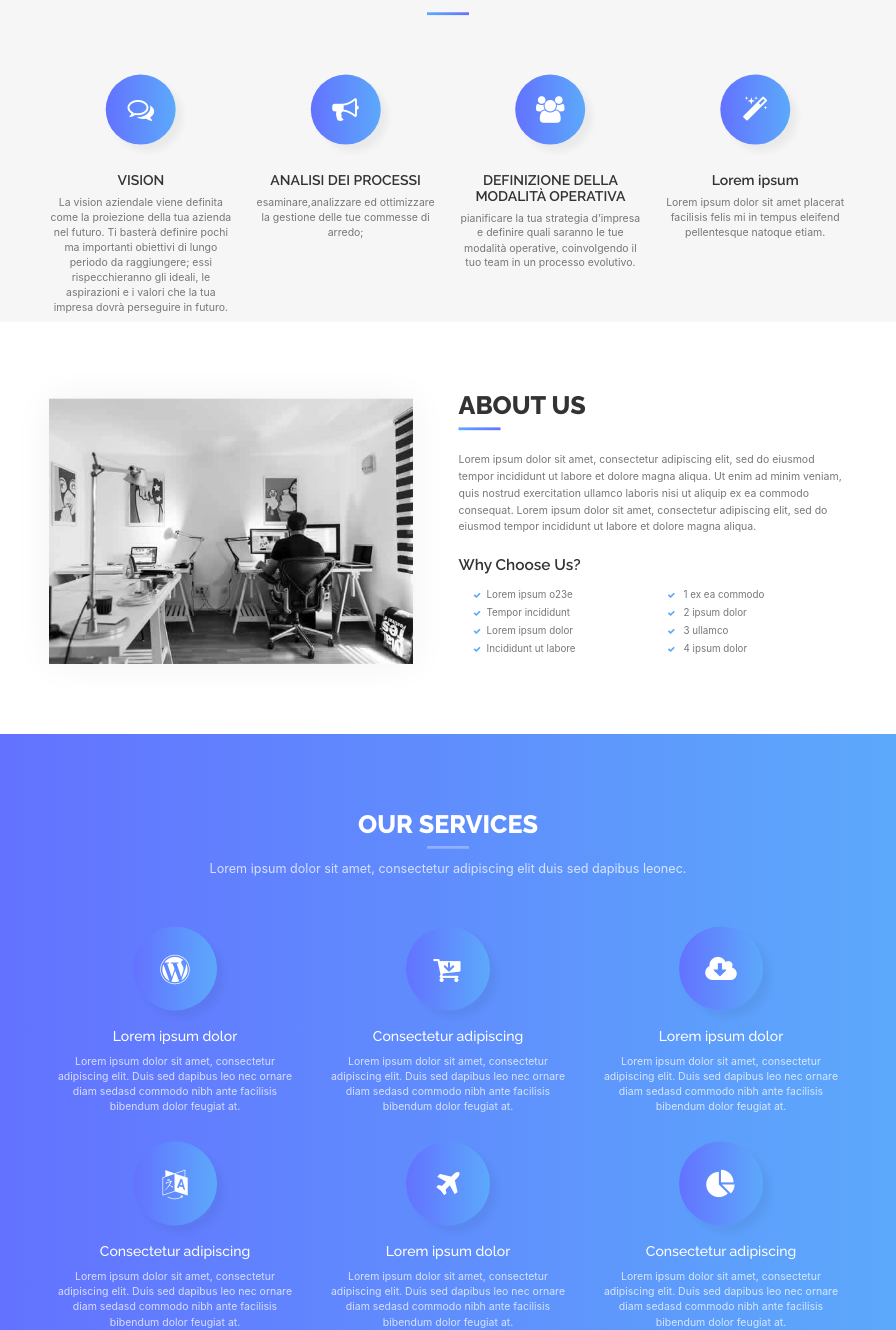
Repository: andrealepori/digitize-reactapp
Page: /
An editor plug-in stored every save of this project. The page is shown before and after a run of saves, followed by the edit.
The browser window is 1280 px wide. The pictures show the part of the page from y = 1071 to 2971 px (the page is 5696 px tall), at 70% of full size.
The project was rebuilt for these pictures with package versions that can differ from the ones it lists, and the page was loaded fresh each time.

Above is the page before, as saved 2021-09-21 14:53:57.

### public/index.html
<head>
  <meta charset="utf-8" />
  <meta name="viewport" content="width=device-width, initial-scale=1" />
  <link rel="shortcut icon" href="img/favicon.ico" type="image/x-icon" />
  <link rel="apple-touch-icon" href="img/apple-touch-icon.png" />
  <link href="https://use.fontawesome.com/releases/v5.15.1/css/all.css" rel="stylesheet" />
  <link
    rel="apple-touch-icon"
    sizes="72x72"
    href="img/apple-touch-icon-72x72.png"
  />
  <link
    rel="apple-touch-icon"
    sizes="114x114"
    href="img/apple-touch-icon-114x114.png"
  />

  <link rel="stylesheet" type="text/css" href="css/bootstrap.css" />
  <link
    rel="stylesheet"
    type="text/css"
    href="fonts/font-awesome/css/font-awesome.css"
  />
  <link rel="stylesheet" type="text/css" href="css/style.css" />
  <link
    rel="stylesheet"
    type="text/css"
    href="css/nivo-lightbox/nivo-lightbox.css"
  />
  <link rel="stylesheet" type="text/css" href="css/nivo-lightbox/default.css" />
  <link
    href="https://fonts.googleapis.com/css?family=Open+Sans:300,400,600,700"
    rel="stylesheet"
  />
  <link
    href="https://fonts.googleapis.com/css?family=Lato:400,700"
    rel="stylesheet"
  />
  <link
    href="https://fonts.googleapis.com/css?family=Raleway:300,400,500,600,700,800,900"
    rel="stylesheet"
  />
  <title>DIGITIZE</title>
  <meta name="description" content="" />
  <meta name="author" content="@andrealepori" />
</head>

<body id="page-top" data-spy="scroll" data-target=".navbar-fixed-top">
  <div id="root"></div>




  <script type="text/javascript" src="js/jquery.1.11.1.js"></script>
  <script type="text/javascript" src="js/bootstrap.js"></script>
</body>

### src/App.jsx
import { useState, useEffect } from "react";
import { Navigation } from "./components/navigation";
import { Header } from "./components/header";
import { Features } from "./components/features";
import { About } from "./components/about";
import { Services } from "./components/services";
import { Gallery } from "./components/gallery";
import { Testimonials } from "./components/testimonials";
import { Team } from "./components/Team";
import { Contact } from "./components/contact";
import JsonData from "./data/data.json";
import SmoothScroll from "smooth-scroll";
import "./App.css";

export const scroll = new SmoothScroll('a[href*="#"]', {
  speed: 1000,
  speedAsDuration: true,
});

const App = () => {
  const [landingPageData, setLandingPageData] = useState({});
  useEffect(() => {
    setLandingPageData(JsonData);
  }, []);

  return (
    <div>
      <Navigation />
      <Header data={landingPageData.Header} />
      <Features data={landingPageData.Features} />
      <About data={landingPageData.About} />
      <Services data={landingPageData.Services} />
      <Gallery data={landingPageData.Gallery}/>
      <Testimonials data={landingPageData.Testimonials} />
      <Team data={landingPageData.Team} />
      <Contact data={landingPageData.Contact} />

    </div>
  );
};

export default App;

### src/components/navigation.jsx
export const Navigation = (props) => {
  return (
    <nav id='menu' className='navbar navbar-default navbar-fixed-top'>
      <div className='container'>
        <div className='navbar-header'>
          <button
            type='button'
            className='navbar-toggle collapsed'
            data-toggle='collapse'
            data-target='#bs-example-navbar-collapse-1'
          >
            {' '}
            <span className='sr-only'>Toggle navigation</span>{' '}
            <span className='icon-bar'></span>{' '}
            <span className='icon-bar'></span>{' '}
            <span className='icon-bar'></span>{' '}
          </button>

          <a className='navbar-brand page-scroll' href='#page-top'>

          </a>{' '}
        </div>

        <div
          className='collapse navbar-collapse'
          id='bs-example-navbar-collapse-1'
        >
          <img src="img/logo.png" width="17%" height="auto"></img>
          <ul className='nav navbar-nav navbar-right'>
            <li>
              <a href='#features' className='page-scroll'>
                Features
              </a>
            </li>
            <li>
              <a href='#about' className='page-scroll'>
                About
              </a>
            </li>
            <li>
              <a href='#services' className='page-scroll'>
                Services
              </a>
            </li>
            <li>
              <a href='#portfolio' className='page-scroll'>
                Gallery
              </a>
            </li>
            <li>
              <a href='#testimonials' className='page-scroll'>
                Testimonials
              </a>
            </li>
            <li>
              <a href='#team' className='page-scroll'>
                Team
              </a>
            </li>
            <li>
              <a href='#contact' className='page-scroll'>
                Contact
              </a>
            </li>
          </ul>
        </div>
      </div>
    </nav>
  )
}

### src/components/header.jsx
export const Header = (props) => {
  return (
    <header id='header'>
      <div className='intro'>
        <div className='overlay'>
          <div className='container'>
            <div className='row'>
              <div className='col-md-8 col-md-offset-2 intro-text'>
                <h1>
                  {props.data ? props.data.title : 'Loading'}
                  <span></span>
                </h1>
                <p>{props.data ? props.data.paragraph : 'Loading'}</p>
                <a
                  href='#features'
                  className='btn btn-custom btn-lg page-scroll'
                >
                  Learn More
                </a>{' '}
              </div>
            </div>
          </div>
        </div>
      </div>
    </header>
  )
}

### src/components/about.jsx
export const About = (props) => {
  return (
    <div id="about">
      <div className="container">
        <div className="row">
          <div className="col-xs-12 col-md-6">
            {" "}
            <img src="img/about.jpg" className="img-responsive" alt="" />{" "}
          </div>
          <div className="col-xs-12 col-md-6">
            <div className="about-text">
              <h2>About Us</h2>
              <p>{props.data ? props.data.paragraph : "loading..."}</p>
              <h3>Why Choose Us?</h3>
              <div className="list-style">
                <div className="col-lg-6 col-sm-6 col-xs-12">
                  <ul>
                    {props.data
                      ? props.data.Why.map((d, i) => (
                          <li key={`${d}-${i}`}>{d}</li>
                        ))
                      : "loading"}
                  </ul>
                </div>
                <div className="col-lg-6 col-sm-6 col-xs-12">
                  <ul>
                    {props.data
                      ? props.data.Why2.map((d, i) => (
                          <li key={`${d}-${i}`}> {d}</li>
                        ))
                      : "loading"}
                  </ul>
                </div>
              </div>
            </div>
          </div>
        </div>
      </div>
    </div>
  );
};

### src/components/services.jsx
export const Services = (props) => {
  return (
    <div id='services' className='text-center'>
      <div className='container'>
        <div className='section-title'>
          <h2>Our Services</h2>
          <p>
            Lorem ipsum dolor sit amet, consectetur adipiscing elit duis sed
            dapibus leonec.
          </p>
        </div>
        <div className='row'>
          {props.data
            ? props.data.map((d, i) => (
                <div key={`${d.name}-${i}`} className='col-md-4'>
                  {' '}
                  <i className={d.icon}></i>
                  <div className='service-desc'>
                    <h3>{d.name}</h3>
                    <p>{d.text}</p>
                  </div>
                </div>
              ))
            : 'loading'}
        </div>
      </div>
    </div>
  )
}

### src/components/gallery.jsx
import { Image } from "./image";

export const Gallery = (props) => {
  return (
    <div id='portfolio' className='text-center'>
      <div className='container'>
        <div className='section-title'>
          <h2>Gallery</h2>
          <p>
            Lorem ipsum dolor sit amet, consectetur adipiscing elit duis sed
            dapibus leonec.
          </p>
        </div>
        <div className='row'>
          <div className='portfolio-items'>
            {props.data
              ? props.data.map((d, i) => (
                <div key={`${d.title}-${i}`} className='col-sm-6 col-md-4 col-lg-4'>
                  <Image title={d.title} largeImage={d.largeImage} smallImage={d.smallImage} />
                </div>
              ))
              : 'Loading...'}
          </div>
        </div>
      </div>
    </div>
  )
}

### src/components/testimonials.jsx
export const Testimonials = (props) => {
  return (
    <div id='testimonials'>
      <div className='container'>
        <div className='section-title text-center'>
          <h2>What our clients say</h2>
        </div>
        <div className='row'>
          {props.data
            ? props.data.map((d, i) => (
                <div key={`${d.name}-${i}`} className='col-md-4'>
                  <div className='testimonial'>
                    <div className='testimonial-image'>
                      {' '}
                      <img src={d.img} alt='' />{' '}
                    </div>
                    <div className='testimonial-content'>
                      <p>"{d.text}"</p>
                      <div className='testimonial-meta'> - {d.name} </div>
                    </div>
                  </div>
                </div>
              ))
            : 'loading'}
        </div>
      </div>
    </div>
  )
}

### src/components/Team.jsx
export const Team = (props) => {
  return (
    <div id='team' className='text-center'>
      <div className='container'>
        <div className='col-md-8 col-md-offset-2 section-title'>
          <h2>Meet the Team</h2>
          <p>
            Lorem ipsum dolor sit amet, consectetur adipiscing elit duis sed
            dapibus leonec.
          </p>
        </div>
        <div id='row'>
          {props.data
            ? props.data.map((d, i) => (
                <div key={`${d.name}-${i}`} className='col-md-3 col-sm-6 team'>
                  <div className='thumbnail'>
                    {' '}
                    <img src={d.img} alt='...' className='team-img' />
                    <div className='caption'>
                      <h4>{d.name}</h4>
                      <p>{d.job}</p>
                    </div>
                  </div>
                </div>
              ))
            : 'loading'}
        </div>
      </div>
    </div>
  )
}

### src/components/contact.jsx
import { useState } from 'react'

import emailjs from 'emailjs-com'

const initialState = {
  name: '',
  email: '',
  message: '',
}
export const Contact = (props) => {
  const [{ name, email, message }, setState] = useState(initialState)

  const handleChange = (e) => {
    const { name, value } = e.target
    setState((prevState) => ({ ...prevState, [name]: value }))
  }
  const clearState = () => setState({ ...initialState })

  const handleSubmit = (e) => {
    e.preventDefault()
    console.log(name, email, message)
    emailjs
      .sendForm(
        'YOUR_SERVICE_ID', 'YOUR_TEMPLATE_ID', e.target, 'YOUR_USER_ID'
      )
      .then(
        (result) => {
          console.log(result.text)
          clearState()
        },
        (error) => {
          console.log(error.text)
        }
      )
  }
  return (

  <footer class="bg-light text-center text-white">

  <div className="container p-4 pb-0">



      <a clssName="btn btn-primary btn-floating m-1"

        href="#!"
        role="button"
        ><i className="fab fa-facebook-f"></i> </a>

      <a
        className="btn btn-primary btn-floating m-1"

        href="#!"
        role="button"
        ><i className="fab fa-twitter"></i></a>
      <a
        className="btn btn-primary btn-floating m-1"


        href="#!"
        role="button"
        ><i className="fab fa-google"></i></a>
      <a
        className="btn btn-primary btn-floating m-1"


        href="#!"
        role="button"
        ><i className="fab fa-instagram"></i></a>
      <a
        className="btn btn-primary btn-floating m-1"

        href="#!"
        role="button"
        ><i className="fab fa-linkedin-in"></i></a>
      <a
        className="btn btn-primary btn-floating m-1"

        href="#!"
        role="button"
        ><i className="fab fa-github"></i></a>
  </div>

</footer>
  )
}

### src/data/data.json
{
  "Header": {
    "title": "DIGITALIZZAZIONE DI IMPRESE ",
    "paragraph": "Digitalizzazione è sinonimo di miglioramento e velocizzazione dei processi aziendali, ma anche di dematerializzazione degli ambienti lavorativi e dei documenti d’impresa. Infatti, proprio come è accaduto in seguito all’emergenza Covid, molte realtà hanno sperimentato lo Smart Working e la gestione delle attività da remoto, mentre altre hanno aperto le porte del proprio business alla vendita online."
  },
  "About": {
    "paragraph": "Lorem ipsum dolor sit amet, consectetur adipiscing elit, sed do eiusmod tempor incididunt ut labore et dolore magna aliqua. Ut enim ad minim veniam, quis nostrud exercitation ullamco laboris nisi ut aliquip ex ea commodo consequat. Lorem ipsum dolor sit amet, consectetur adipiscing elit, sed do eiusmod tempor incididunt ut labore et dolore magna aliqua.",
    "Why": [
      "Lorem ipsum o23e",
      "Tempor incididunt",
      "Lorem ipsum dolor",
      "Incididunt ut labore"
    ],
    "Why2": [
      "1 ex ea commodo",
      "2 ipsum dolor",
      "3 ullamco",
      "4 ipsum dolor"
    ]
  },
  "Gallery": [
    {
      "title": "Project Title",
      "largeImage": "img/portfolio/01-large.jpg",
      "smallImage": "img/portfolio/01-small.jpg"
    },
    {
      "title": "Project Title",
      "largeImage": "img/portfolio/02-large.jpg",
      "smallImage": "img/portfolio/02-small.jpg"
    },
    {
      "title": "Project Title",
      "largeImage": "img/portfolio/03-large.jpg",
      "smallImage": "img/portfolio/03-small.jpg"
    },
    {
      "title": "Project Title",
      "largeImage": "img/portfolio/04-large.jpg",
      "smallImage": "img/portfolio/04-small.jpg"
    },
    {
      "title": "Project Title",
      "largeImage": "img/portfolio/05-large.jpg",
      "smallImage": "img/portfolio/05-small.jpg"
    },
    {
      "title": "Project Title",
      "largeImage": "img/portfolio/06-large.jpg",
      "smallImage": "img/portfolio/06-small.jpg"
    },
    {
      "title": "Project Title",
      "largeImage": "img/portfolio/07-large.jpg",
      "smallImage": "img/portfolio/07-small.jpg"
    },
    {
      "title": "Project Title",
      "largeImage": "img/portfolio/08-large.jpg",
      "smallImage": "img/portfolio/08-small.jpg"
    },
    {
      "title": "Project Title",
      "largeImage": "img/portfolio/09-large.jpg",
      "smallImage": "img/portfolio/09-small.jpg"
    }
  ],
  "Services": [
    {
      "icon": "fa fa-wordpress",
      "name": "Lorem ipsum dolor",
      "text": "Lorem ipsum dolor sit amet, consectetur adipiscing elit. Duis sed dapibus leo nec ornare diam sedasd commodo nibh ante facilisis bibendum dolor feugiat at."
    },
    {
      "icon": "fa fa-cart-arrow-down",
      "name": "Consectetur adipiscing",
      "text": "Lorem ipsum dolor sit amet, consectetur adipiscing elit. Duis sed dapibus leo nec ornare diam sedasd commodo nibh ante facilisis bibendum dolor feugiat at."
    },
    {
      "icon": "fa fa-cloud-download",
      "name": "Lorem ipsum dolor",
      "text": "Lorem ipsum dolor sit amet, consectetur adipiscing elit. Duis sed dapibus leo nec ornare diam sedasd commodo nibh ante facilisis bibendum dolor feugiat at."
    },
    {
      "icon": "fa fa-language",
      "name": "Consectetur adipiscing",
      "text": "Lorem ipsum dolor sit amet, consectetur adipiscing elit. Duis sed dapibus leo nec ornare diam sedasd commodo nibh ante facilisis bibendum dolor feugiat at."
    },
    {
      "icon": "fa fa-plane",
      "name": "Lorem ipsum dolor",
      "text": "Lorem ipsum dolor sit amet, consectetur adipiscing elit. Duis sed dapibus leo nec ornare diam sedasd commodo nibh ante facilisis bibendum dolor feugiat at."
    },
    {
      "icon": "fa fa-pie-chart",
      "name": "Consectetur adipiscing",
      "text": "Lorem ipsum dolor sit amet, consectetur adipiscing elit. Duis sed dapibus leo nec ornare diam sedasd commodo nibh ante facilisis bibendum dolor feugiat at."
    }
  ],
  "Testimonials": [
    {
      "img": "img/testimonials/01.jpg",
      "text": "\"Lorem ipsum dolor sit amet, consectetur adipiscing elit. Duis sed dapibus leo nec ornare diam sedasd commodo nibh ante facilisis bibendum dolor feugiat at.\"",
      "name": "John Doe"
    },
    {
      "img": "img/testimonials/02.jpg",
      "text": "\"Lorem ipsum dolor sit amet, consectetur adipiscing elit. Duis sed dapibus leo nec ornare diam sedasd commodo nibh ante facilisis bibendum dolor feugiat at.\"",
      "name": "Johnathan Doe"
    },
    {
      "img": "img/testimonials/03.jpg",
      "text": "\"Lorem ipsum dolor sit amet, consectetur adipiscing elit. Duis sed dapibus leo nec ornare diam sedasd commodo nibh ante facilisis bibendum dolor feugiat at.\"",
      "name": "John Doe"
    },
    {
      "img": "img/testimonials/04.jpg",
      "text": "\"Lorem ipsum dolor sit amet, consectetur adipiscing elit. Duis sed dapibus leo nec ornare diam sedasd commodo nibh ante facilisis bibendum dolor feugiat at.\"",
      "name": "Johnathan Doe"
    },
    {
      "img": "img/testimonials/05.jpg",
      "text": "\"Lorem ipsum dolor sit amet, consectetur adipiscing elit. Duis sed dapibus leo nec ornare diam sedasd commodo nibh ante facilisis bibendum dolor feugiat at.\"",
      "name": "John Doe"
    },
    {
      "img": "img/testimonials/06.jpg",
      "text": "\"Lorem ipsum dolor sit amet, consectetur adipiscing elit. Duis sed dapibus leo nec ornare diam sedasd commodo nibh ante facilisis bibendum dolor feugiat at.\"",
      "name": "Johnathan Doe"
    }
  ],
  "Team": [
    {
      "img": "img/team/01.jpg",
      "name": "John Doe",
      "job": "Director"
    },
    {
      "img": "img/team/02.jpg",
      "name": "Mike Doe",
      "job": "Senior Designer"
    },
    {
      "img": "img/team/03.jpg",
      "name": "Jane Doe",
      "job": "Senior Designer"
    },
    {
      "img": "img/team/04.jpg",
      "name": "Karen Doe",
      "job": "Project Manager"
    }
  ],
  "Contact": {
    "address": "4321 California St, San Francisco, CA 12345 ",
    "phone": "+1 123 456 1234",
    "email": "info@company.com",
    "facebook": "fb.com",
    "twitter": "twitter.com",
    "youtube": "youtube.com"
  },
  "Features": [
    {
      "icon": "fa fa-comments-o",
      "title": "VISION",
      "text": "La vision aziendale viene definita come la proiezione della tua azienda nel futuro. Ti basterà definire pochi ma importanti obiettivi di lungo periodo da raggiungere; essi rispecchieranno gli ideali, le aspirazioni e i valori che la tua impresa dovrà perseguire in futuro. "
    },
    {
      "icon": "fa fa-bullhorn",
      "title": "ANALISI DEI PROCESSI",
      "text": "esaminare,analizzare ed ottimizzare la gestione delle tue commesse di arredo;"
    },
    {
      "icon": "fa fa-group",
      "title": "DEFINIZIONE DELLA MODALITÀ OPERATIVA",
      "text": "pianificare la tua strategia d’impresa e definire quali saranno le tue modalità operative, coinvolgendo il tuo team in un processo evolutivo."
    },
    {
      "icon": "fa fa-magic",
      "title": "Lorem ipsum",
      "text": "Lorem ipsum dolor sit amet placerat facilisis felis mi in tempus eleifend pellentesque natoque etiam."
    }
  ]
}

### public/css/nivo-lightbox/default.css
/*
 * Nivo Lightbox Default Theme v1.0
 * http://dev7studios.com/nivo-lightbox
 *
 * Copyright 2013, Dev7studios
 * Free to use and abuse under the MIT license.
 * http://www.opensource.org/licenses/mit-license.php
 */

 .nivo-lightbox-theme-default * {
    -webkit-box-sizing: initial !important;
    -moz-box-sizing: initial !important;
    box-sizing: initial !important;
 }
.nivo-lightbox-theme-default.nivo-lightbox-overlay {
	background: #666;
	background: rgba(0,0,0,0.6);
}
.nivo-lightbox-theme-default .nivo-lightbox-content.nivo-lightbox-loading { background: url(loading.gif) no-repeat 50% 50%; }

.nivo-lightbox-theme-default .nivo-lightbox-nav {
	top: 10%;
	width: 8%;
	height: 80%;
	text-indent: -9999px;
	background-repeat: no-repeat;
	background-position: 50% 50%;
	opacity: 0.5;
}
.nivo-lightbox-theme-default .nivo-lightbox-nav:hover {
	opacity: 1;
	background-color: transparent;
}
.nivo-lightbox-theme-default .nivo-lightbox-prev {
	background-image: url(prev.png);
	border-radius: 0 3px 3px 0;
}
.nivo-lightbox-theme-default .nivo-lightbox-next {
	background-image: url(next.png);
	border-radius: 3px 0 0 3px;
}

.nivo-lightbox-theme-default .nivo-lightbox-close {
	display: block;
	background: url(close.png) no-repeat 5px 5px;
	width: 16px;
	height: 16px;
	text-indent: -9999px;
	padding: 5px;
	opacity: 0.5;
}
.nivo-lightbox-theme-default .nivo-lightbox-close:hover { opacity: 1; }

.nivo-lightbox-theme-default .nivo-lightbox-title-wrap { bottom: -7%; }
.nivo-lightbox-theme-default .nivo-lightbox-title {
	font: 14px/20px 'Helvetica Neue', Helvetica, Arial, sans-serif;
	font-style: normal;
	font-weight: normal;
	background: #000;
	color: #fff;
	padding: 7px 15px;
	border-radius: 30px;
}

.nivo-lightbox-theme-default .nivo-lightbox-image img {
	background: #fff;
	-webkit-box-shadow: 0px 1px 1px rgba(0,0,0,0.4);
	   -moz-box-shadow: 0px 1px 1px rgba(0,0,0,0.4);
	        box-shadow: 0px 1px 1px rgba(0,0,0,0.4);
}
.nivo-lightbox-theme-default .nivo-lightbox-ajax,
.nivo-lightbox-theme-default .nivo-lightbox-inline {
	background: #fff;
	padding: 40px;
	-webkit-box-shadow: 0px 1px 1px rgba(0,0,0,0.4);
	   -moz-box-shadow: 0px 1px 1px rgba(0,0,0,0.4);
	        box-shadow: 0px 1px 1px rgba(0,0,0,0.4);
}

@media (-webkit-min-device-pixel-ratio: 1.3),
       (-o-min-device-pixel-ratio: 2.6/2),
       (min--moz-device-pixel-ratio: 1.3),
       (min-device-pixel-ratio: 1.3),
       (min-resolution: 1.3dppx) {

	.nivo-lightbox-theme-default .nivo-lightbox-content.nivo-lightbox-loading {
		background-image: url(loading@2x.gif);
		background-size: 32px 32px;
	}
	.nivo-lightbox-theme-default .nivo-lightbox-prev {
		background-image: url(prev@2x.png);
		background-size: 48px 48px;
	}
	.nivo-lightbox-theme-default .nivo-lightbox-next {
		background-image: url(next@2x.png);
		background-size: 48px 48px;
	}
	.nivo-lightbox-theme-default .nivo-lightbox-close {
		background-image: url(close@2x.png);
		background-size: 16px 16px;
	}

}

Loaded but not shown: src/index.js (common file); src/index.css (common file); src/serviceWorker.js (common file); src/components/features.jsx (common file); src/App.css (common file); src/components/image.jsx (common file); public/css/bootstrap.css (library); public/fonts/font-awesome/css/font-awesome.css (library); public/js/jquery.1.11.1.js (library); public/js/bootstrap.js (library); public/css/style.css (607 lines, source omitted); public/css/nivo-lightbox/nivo-lightbox.css (205 lines, source omitted)

After the next 2 saves:
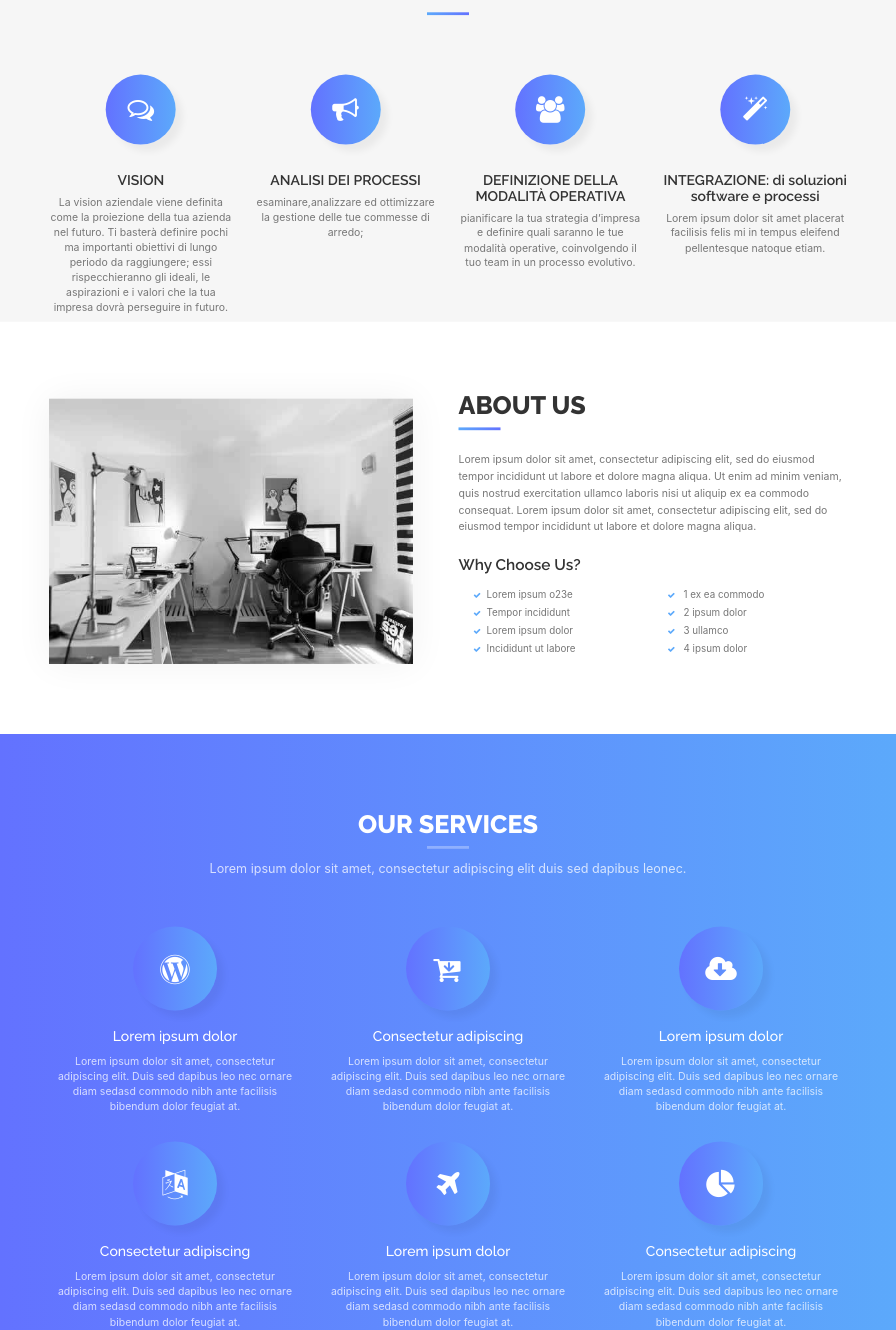
The 2 saves are shown as one change because 1 did not build or start.
The last was saved 15 s later.
--- a/src/data/data.json
+++ b/src/data/data.json
@@ -177,7 +177,7 @@
     },
     {
       "icon": "fa fa-magic",
-      "title": "Lorem ipsum",
+      "title": "INTEGRAZIONE: di soluzioni software e processi",
       "text": "Lorem ipsum dolor sit amet placerat facilisis felis mi in tempus eleifend pellentesque natoque etiam."
     }
   ]
